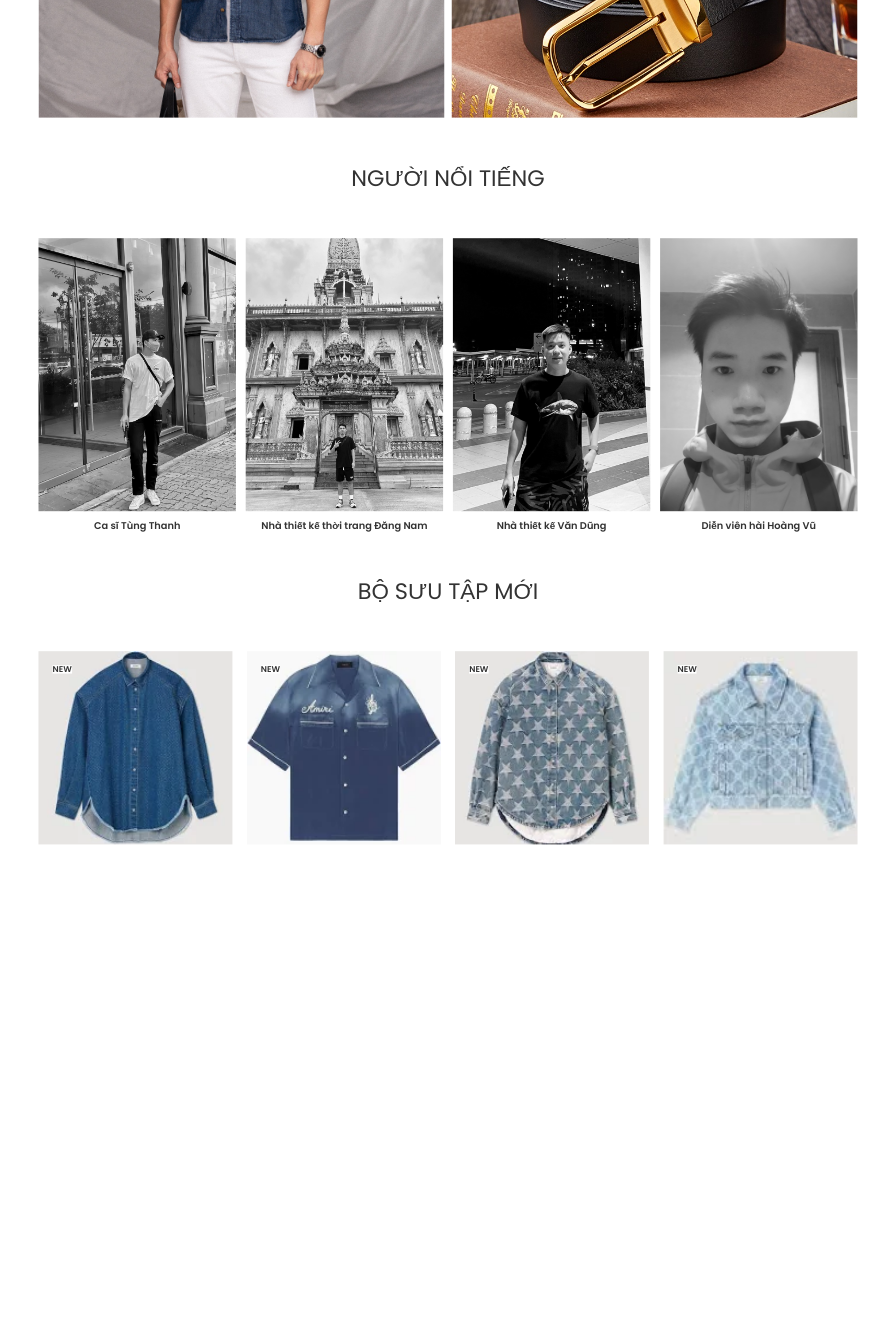
Repository: hoang28092000/kinsmanClothes
Page: index.html
These files come from the project's save history. The page is drawn as it stood at one moment and after the next save; the edit follows.
The browser window is 1280 px wide. The pictures show the part of the page from y = 1185 to 3105 px (the page is 5080 px tall), at 70% of full size.

Above is the page before, as saved 2025-05-07 01:00:54.

### index.html
<!DOCTYPE html>
<html lang="en">
  <head>
    <meta charset="UTF-8" />
    <meta name="viewport" content="width=device-width, initial-scale=1.0" />
    <link rel="preconnect" href="https://fonts.googleapis.com" />
    <link rel="preconnect" href="https://fonts.gstatic.com" crossorigin />
    <link
      href="https://fonts.googleapis.com/css2?family=Poppins:ital,wght@0,100;0,200;0,300;0,400;0,500;0,600;0,700;0,800;0,900;1,100;1,200;1,300;1,400;1,500;1,600;1,700;1,800;1,900&display=swap"
      rel="stylesheet"
    />
    <link
      rel="stylesheet"
      href="https://cdnjs.cloudflare.com/ajax/libs/font-awesome/6.7.2/css/all.min.css"
      integrity="sha512-Evv84Mr4kqVGRNSgIGL/F/aIDqQb7xQ2vcrdIwxfjThSH8CSR7PBEakCr51Ck+w+/U6swU2Im1vVX0SVk9ABhg=="
      crossorigin="anonymous"
      referrerpolicy="no-referrer"
    />
    <link rel="stylesheet" href="./css/reset.css" />
    <link rel="stylesheet" href="./css/main.css" />

    <title>KinsManClothes</title>
  </head>
  <body style="height: 5000px">
    <header class="header">
      <div class="container">
        <div class="content-header">
          <div class="logo">
            <a href="./index.html">
              <img
                src="./asset/logo/logo-kinsmann.svg"
                alt="KinsManClothes Logo"
              />
            </a>
          </div>
          <nav class="nav">
            <ul>
              <li><a href="./index.html">Sản Phẩm</a></li>
              <li><a href="./about.html">Giới thiệu</a></li>
              <li><a href="./shop.html">Chính Sách</a></li>
              <li><a href="./shop.html">Tin tức</a></li>
              <li><a href="./contact.html">Liên hệ</a></li>
            </ul>
          </nav>
          <div class="search-box">
            <input type="text" placeholder="Tìm kiếm sản phẩm..." />
            <button type="submit">Tìm kiếm</button>
          </div>
        </div>
      </div>
    </header>

    <main>
      <div class="content-main">
        <div class="slider" id="slider">
          <img
            src="./asset/banner/banner-1.png"
            alt="banner"
            class="slide active"
          />
          <img src="./asset/banner/banner-2.png" alt="banner" class="slide" />
          <img src="./asset/banner/banner-3.png" alt="banner" class="slide" />
          <a href=""><i class="fa-solid fa-arrow-down arrow-continue"></i></a>
        </div>
      </div>
      <div class="container">
        <section class="category-list">
          <div class="card-wrapper">
            <img
              src="./asset/image/model-6.jpg"
              alt=""
              class="img-category-1"
            />
            <div class="overlay">
              <h3>Jeans</h3>
              <a href="">Xem thêm</a>
            </div>
          </div>
          <div class="card-wrapper-2">
            <img src="./asset/image/model-2.webp" alt="" />
            <div class="overlay">
              <h3>Sơ mi</h3>
              <a href="">Xem thêm</a>
            </div>
          </div>
          <div class="card-wrapper-2">
            <img src="./asset/image/mode-10.jpg" alt="" />
            <div class="overlay">
              <h3>Áo thun</h3>
              <a href="">Xem thêm</a>
            </div>
          </div>
          <div class="card-wrapper-3">
            <img src="./asset/image/model-9.jpg" alt="" />
            <div class="overlay">
              <h3>Thắt lưng</h3>
              <a href="">Xem thêm</a>
            </div>
          </div>
        </section>
        <section class="celebrity">
          <h2 class="title-heading">NGƯỜI NỔI TIẾNG</h2>
          <div class="celebrity-list">
            <a href="">
              <div class="celebrity-item">
                <img src="./asset/image/celep-1.jpg" alt="" />
                <h3>Ca sĩ Tùng Thanh</h3>
              </div>
            </a>
            <a href=""
              ><div class="celebrity-item">
                <img src="./asset/image/celep-5.jpg" alt="" />
                <h3>Nhà thiết kế thời trang Đăng Nam</h3>
              </div></a
            >
            <a href=""
              ><div class="celebrity-item">
                <img src="./asset/image/celep-3.jpg" alt="" />
                <h3>Nhà thiết kế Văn Dũng</h3>
              </div></a
            >
            <a href=""
              ><div class="celebrity-item">
                <img src="./asset/image/celep-7.jpg" alt="" />
                <h3>Diễn viên hài Hoàng Vũ</h3>
              </div></a
            >
          </div>
        </section>
        <section class="collection">
          <h2 class="title-heading">BỘ SƯU TẬP MỚI</h2>
          <div class="list-collection">
            <div class="item-collection">
                <img src="./asset/image/j-4.webp" alt="this is collection">
                <p>NEW</p>
            </div>
            <div class="item-collection">
                <img src="./asset/image/j-5.webp" alt="this is collection">
                <p>NEW</p>
            </div>
            <div class="item-collection">
                <img src="./asset/image/j-6.webp" alt="this is collection">
                <p>NEW</p>
            </div>
            <div class="item-collection">
                <img src="./asset/image/j-7.webp" alt="this is collection">
                <p>NEW</p>
            </div>
          </div>
        </section>
      </div>
    </main>
    <footer></footer>

    <script src="./js/main.js"></script>
  </body>
</html>

### css/main.css
:root {
  --primary-color: #ff6347;
  --secondary-color: #4caf50;
  --background-color: #f0f0f0;
  --text-color: #333;
}
* {
  padding: 0;
  margin: 0;
  box-sizing: border-box;
}
html {
  font-family: "Poppins", sans-serif;
  font-size: 62.5%;
}

.container {
  width: 1170px;
  max-width: calc(100% - 48px);
  margin: 0 auto;
}
.content-header {
  display: flex;
  justify-content: space-between;
  align-items: center;
}
.header {
  position: fixed;
  height: 80px;
  top: 0;
  left: 0;
  right: 0;
  z-index: 999;
  background-color: white;
  box-shadow: 0 2px 4px rgba(0, 0, 0, 0.05);
}
.arrow-continue {
  position: absolute;
  bottom: 30px;
  left: 50%;
  z-index: 2;
  font-size: 2.4rem;
  color: #fff;
  border: 1px solid #fff;
  padding: 10px 14px;
  border-radius: 50%;
}
.arrow-continue:hover {
  background-color: var(--primary-color);
  color: #fff;
  transition: all 0.3s ease-in-out;
}
header .logo img {
  width: 200px;
  height: 80px;
}
.nav ul {
  display: flex;
  justify-content: space-between;
  gap: 20px;
}
.nav a {
  text-decoration: none;
  color: var(--text-color);
  font-size: 1.4rem;
  font-weight: 500;
  padding: 10px;
  transition: all 0.3s ease-in-out;
}
.nav a:hover {
  color: var(--primary-color);
}
.search-box {
  display: flex;
  align-items: center;
  gap: 10px;
}
.search-box input[type="text"] {
  padding: 6px;
  border: 1px solid var(--text-color);
  border-radius: 5px;
  font-size: 1.4rem;
  width: 200px;
  outline: none;
}
.search-box input[type="text"]:focus {
  border-color: var(--primary-color);
}
.search-box button[type="submit"] {
  background-color: #333;
  color: #fff;
  font-weight: 500;
  border: none;
  padding: 6px 12px;
  border-radius: 5px;
  cursor: pointer;
  font-size: 1.4rem;
  transition: all 0.3s ease-in-out;
}
.search-box button[type="submit"]:hover {
  background-color: var(--primary-color);
}

/* main */
.content-main {
  margin-top: 80px;
  border-radius: 10px;
  box-shadow: 0 2px 4px rgba(0, 0, 0, 0.1);
}
.slider {
  position: relative;
  width: 100%;
  height: 630px;
  overflow: hidden;
}
.slide {
  position: absolute;
  width: 100%;
  height: 100%;
  opacity: 0;
  transition: opacity 0.5s ease-in-out;
}
.slide.active {
  opacity: 1;
  z-index: 1;
}

.overlay {
  background-color: #928d8d;
  display: none;
}
.overlay h3 {
  color: #fff;
  font-size: 2.4rem;
}

.category-list {
  margin-top: 70px;
  display: grid;
  grid-template-columns: repeat(4, 1fr);
  grid-template-rows: repeat(2, 282px);
  gap: 10px;
}
.card-wrapper {
  position: relative;
  width: 100%;
  grid-column: span 2; /* chiếm 2 cột */
  grid-row: span 2;
  overflow: hidden;

}

.card-wrapper-2 {
  position: relative;
  width: 100%;
  overflow: hidden;

}
.card-wrapper-3 {
  position: relative;
  width: 100%;
  grid-column: span 2; /* chiếm 3 cột */
  grid-row: span 1;
  overflow: hidden;
}

.category-list img {
  width: 100%;
  height: 100%;
  object-fit: cover;
  object-position: top;
  transition: all 0.3s ease-in-out;
}

.card-wrapper-3 img {
  object-position: center;
}

.card-wrapper:hover .overlay,
.card-wrapper-2:hover .overlay,
.card-wrapper-3:hover .overlay {
  position: absolute;
  top: 0;
  left: 0;
  right: 0;
  bottom: 0;
  display: flex;
  flex-direction: column;
  justify-content: center;
  align-items: center;
  width: 100%;
  height: 100%;
  background-color: rgba(0, 0, 0, 0.5);
  transition: all 0.3s ease-in-out;
}
.overlay a {
  display: block;
  text-decoration: none;
  color: #fff;
  font-size: 1.6rem;
  margin-top: 30px;
  border: 1px solid #fff;
  padding: 10px 20px;
  transition: all 0.3s ease-in-out;
  border-radius: 5px;
    background-color: transparent;
}
.overlay a:hover {
  background-color: var(--primary-color);
  color: #fff;
}

.card-wrapper:hover img,
.card-wrapper-2:hover img,
.card-wrapper-3:hover img{
  transform: scale(1.05);
  transition: all 0.3s ease-in-out;
}

/* celebrity */
.celebrity{
    margin-top: 70px;

}
.title-heading{
    text-align: center;
    font-size: 3.2rem;
    color: var(--text-color);
    margin-bottom: 70px;
}
.celebrity-list{
    display: flex;
    justify-content: space-between;
    align-items: center;
}
.celebrity-list a{
    text-decoration: none;
}
.celebrity-item{
    position: relative;
    width: 282px;
}
.celebrity-item img{
    width: 100%;
    height: 390px;
    object-fit: cover;
    object-position: top;
    filter: blur(0px) grayscale(100%) sepia(0);
    transition: filter 0.4s ease;
}
.celebrity-item img:hover{
    filter: grayscale(0%);
    cursor: pointer;
}
.celebrity-item h3{
    font-size: 1.4rem;
    font-weight: 600;
    color: #333;
    margin-top: 12px;
    text-align: center;
}

/* collection */
.collection{
    margin-top: 70px;
}
.list-collection{
    display: flex;
    justify-content: space-between;
    align-items: center;
    gap: 10px;
}
.item-collection{
    position: relative;
    width: 277px;
}
.item-collection img{
    width: 100%;
    height: 276px;
}
.item-collection p{
    position: absolute;
    top: 20px;
    left: 20px;
    background-color: #fff;
    color: #333;
    font-size: 1.2rem;
    font-weight: 600;

}

### js/main.js
const sliders = document.querySelectorAll(".slide");
let current = 0;
let interval = null;

function showNextSlide() {
  sliders[current].classList.remove("active");
  current = (current + 1) % sliders.length;
  sliders[current].classList.add("active");
}
function startSlider() {
  interval = setInterval(showNextSlide, 2500);
}
function stopSlider() {
  clearInterval(interval);
}

const slider = document.getElementById("slider");
slider.addEventListener("mouseover", stopSlider);
slider.addEventListener("mouseleave", startSlider);

Loaded but not shown: css/reset.css (common file)

After the next save:
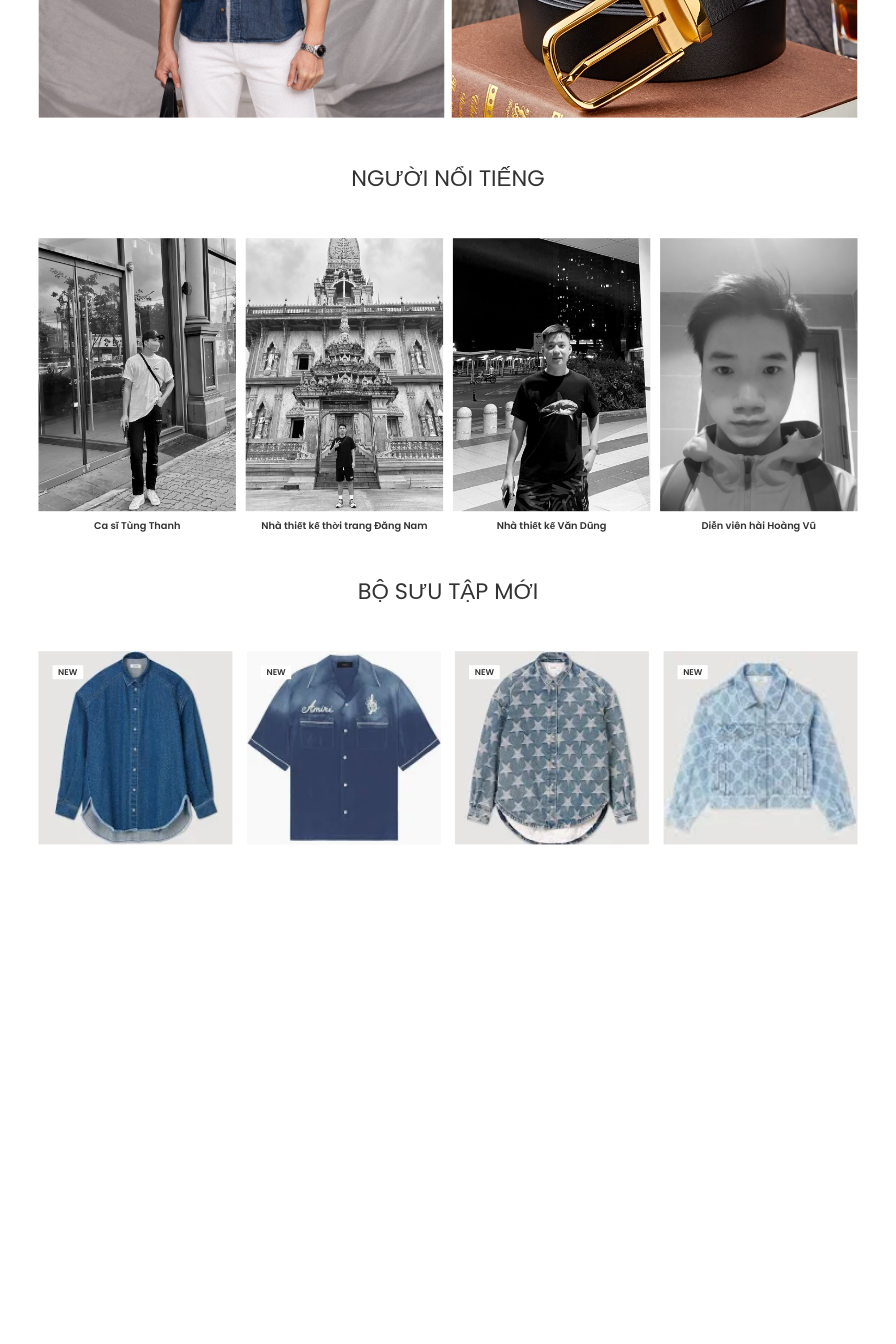
Saved 10 s later.
--- a/css/main.css
+++ b/css/main.css
@@ -286,5 +286,5 @@ header .logo img {
     color: #333;
     font-size: 1.2rem;
     font-weight: 600;
-
-}
+    padding: 4px 8px;
+}
